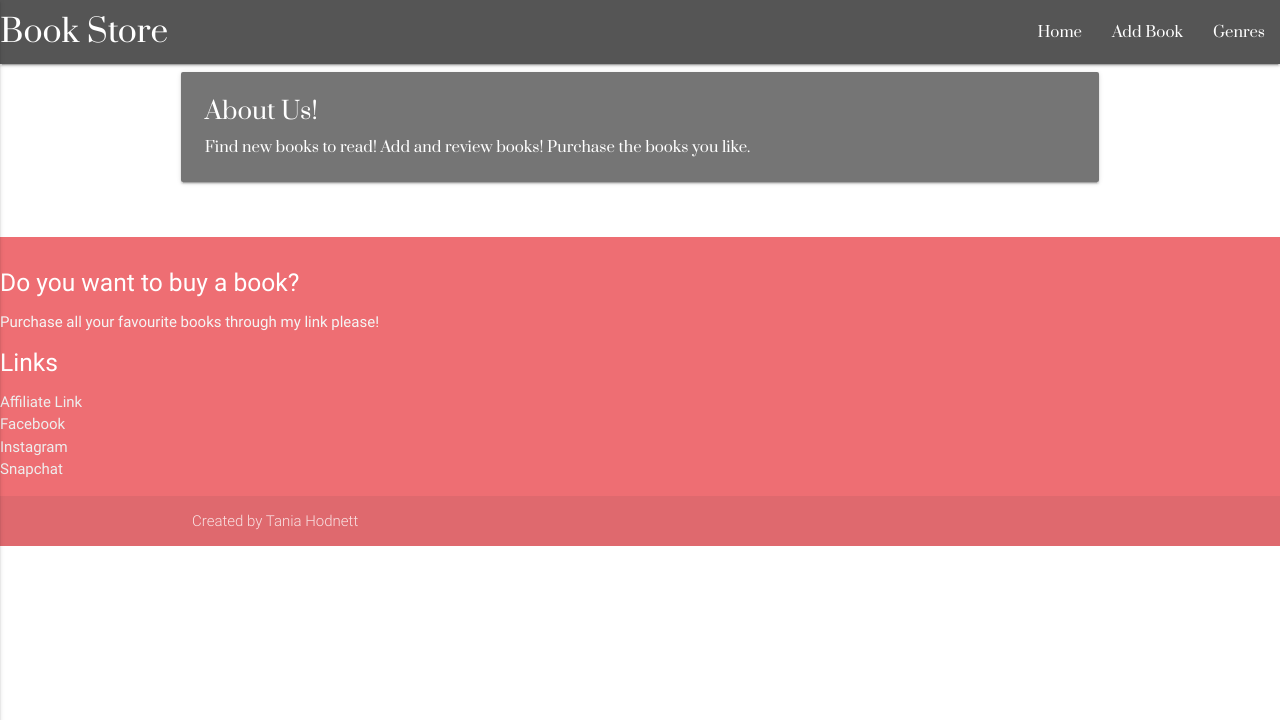
Repository: thodnett/book-store
Page: http://localhost/
The author's editor kept a record of every edit. The page is drawn from the files as they stood at one moment, then again after the next edit.
The browser window is 1280 px wide. The pictures show the whole page.
Some web libraries are served in a nearby version. The page is served by the project's application, run on Flask 3 (app.py). Queries for data that is not in the repository find no rows.

Above is the page before.

### templates/books.html
{% extends 'base.html' %} {% block content %}

<div class="row">
 <div class="card hoverable grey darken-1">
    <div class="card-content white-text">
      <span class="card-title">About Us!</span>
      <p>Find new books to read! Add and review books! Purchase the books you like. </p>
    </div>
</div>
</div>

<div class="row">
  {% for book in books %}
  <div class="card hoverable grey darken-1">
    <div class="card-content white-text">
      <span class="card-title">{{book.book_name}} - {{book.book_author}}</span>
      <p> <strong> {{book.category_name}}</strong> - {{book.book_descrip}} - {{book.book_review}} </p>
    </div>
    <div class="card-action col-sm4">
      <a  href={{book.cover_link}}>Cover Image</a>
      <a  href="{{url_for('edit_book', book_id=book._id)}}">Edit</a>
      <a  href="{{url_for('delete_book', book_id=book._id)}}">Delete</a>
    </div>
  </div>
  {% endfor %}
</div>

{% endblock %}

### templates/base.html
<!DOCTYPE html>
<html lang="en">

<head>

   <link href="https://fonts.googleapis.com/icon?family=Material+Icons" rel="stylesheet">
   <link rel="stylesheet" href="https://cdnjs.cloudflare.com/ajax/libs/materialize/0.100.2/css/materialize.min.css">
    <link rel="stylesheet" href="{{url_for('static', filename='css/style.css')}}" type="text/css"/>
</head>
<body>
    <header>
        <nav class="nav">
            <div class="nav-wrapper">
                <a href="{{url_for('get_books')}}" class="brand-logo">Book Store</a>
                <a href="#" data-activates="mobile-demo" class="button-collapse"><i class="material-icons">menu</i></a>
                <ul id="nav-mobile" class="right hide-on-med-and-down">
                    <li><a href="{{url_for('get_books')}}">Home</a></li>
                    <li><a href="{{url_for('add_book')}}">Add Book</a></li>
                    <li><a href="{{url_for('get_categories')}}">Genres</a></li>
                </ul>
                <ul class="side-nav" id="mobile-demo">
                    <li><a href="{{url_for('get_books')}}">Home</a></li>
                    <li><a href="{{url_for('add_book')}}">Add Book</a></li>
                    <li><a href="{{url_for('get_categories')}}">Genres</a></li>
                </ul>
            </div>
        </nav>
    </header>
    <div class="container">
    {% block content %}
    {% endblock %}
    </div>


<script src="https://cdnjs.cloudflare.com/ajax/libs/jquery/3.2.1/jquery.min.js"></script>
<script src="https://cdnjs.cloudflare.com/ajax/libs/materialize/0.100.2/js/materialize.min.js"></script>
<script type="text/javascript">
$(document).ready(function() {
      $('select').material_select();
      $(".button-collapse").sideNav();
        });

</script>

<footer class="page-footer">
          <div class="container-foot">
            <div class="row-foot">
              <div class="col l6 s12">
                <h5 class="white-text">Do you want to buy a book?</h5>
                <p class="grey-text text-lighten-4">Purchase all your favourite books through my link please!</p>
              </div>
              <div class="col l4 offset-l2 s12">
                <h5 class="white-text">Links</h5>
                <ul>
                  <li><a class="grey-text text-lighten-3" href="#!">Affiliate Link</a></li>
                  <li><a class="grey-text text-lighten-3" href="#!">Facebook</a></li>
                  <li><a class="grey-text text-lighten-3" href="#!">Instagram</a></li>
                  <li><a class="grey-text text-lighten-3" href="#!">Snapchat</a></li>
                </ul>
              </div>
            </div>
          </div>
          <div class="footer-copyright">
            <div class="container">
            Created by Tania Hodnett
            </div>
          </div>
        </footer>
</body>
</html>

### app.py
import os
from flask import Flask,  render_template, redirect, request, url_for
from flask_pymongo import PyMongo
from bson.objectid import ObjectId


app = Flask(__name__)

app.config["MONGO_DBNAME"] = 'book_store'
app.config["MONGO_URI"] = 'mongodb+srv://thodnett:Pass1234@myfirstcluster-2pyxt.mongodb.net/book_store?retryWrites=true&w=majority'

mongo = PyMongo(app)



@app.route('/')
@app.route('/get_books')
def get_books():
    return render_template("books.html", books=mongo.db.books.find())

@app.route('/add_book')
def add_book():
    return render_template("addbook.html",  categories=mongo.db.categories.find())

@app.route('/insert_book', methods=['POST'])
def insert_book():
    books = mongo.db.books
    books.insert_one(request.form.to_dict())
    return redirect(url_for('get_books'))

@app.route('/edit_book/<book_id>')
def edit_book(book_id):
    the_book =  mongo.db.books.find_one({"_id": ObjectId(book_id)})
    all_categories =  mongo.db.categories.find()
    return render_template('editbook.html', book=the_book, categories=all_categories)

@app.route('/update_book/<book_id>', methods=['POST'])
def update_book(book_id):
    books = mongo.db.books
    books.update( {'_id': ObjectId(book_id)},
    {
        'book_name':request.form.get('book_name'),
        'category_name':request.form.get('category_name'),
        'book_author':request.form.get('book_author'),
        'book_descrip':request.form.get('book_descrip'),
        'book_review':request.form.get('book_review'),
        'cover_link':request.form.get('cover_link'),
        'purch_link':request.form.get('purch_link')
    })
    return redirect(url_for('get_books'))

@app.route('/delete_book/<book_id>')
def delete_book(book_id):
    mongo.db.books.remove({'_id': ObjectId(book_id)})
    return redirect(url_for('get_books'))

@app.route('/get_categories')
def get_categories():
    return render_template('categories.html',
    categories=mongo.db.categories.find())

@app.route('/edit_category/<category_id>')
def edit_category(category_id):
    return render_template('editcategory.html',
    category=mongo.db.categories.find_one({'_id': ObjectId(category_id)}))

@app.route('/update_category/<category_id>', methods=['POST'])
def update_category(category_id):
    mongo.db.categories.update(
        {'_id': ObjectId(category_id)},
        {'type': request.form.get('type')})
    return redirect(url_for('get_categories'))

@app.route('/delete_category/<category_id>')
def delete_category(category_id):
    mongo.db.categories.remove({'_id': ObjectId(category_id)})
    return redirect(url_for('get_categories'))

@app.route('/insert_category', methods=['POST'])
def insert_category():
    categories = mongo.db.categories
    category_doc ={'type': request.form.get('type')}
    categories.insert_one(category_doc)
    return redirect(url_for('get_categories'))


@app.route('/add_category')
def add_category():
    return render_template('addcategory.html')

@app.route('/find_book/<type>')
def find_book(type):
     books=mongo.db.books.find({'category_name': type})
     return render_template('findbook.html', books=books)


if __name__ == '__main__':
    app.run(host=os.environ.get('IP'),
            port=int(os.environ.get('PORT')),
            debug=True)

### static/css/style.css
@import url('https://fonts.googleapis.com/css?family=Prata&display=swap');


/*----style navbar ----*/

.nav-wrapper {
    background-color: #555555;
    font-family: 'Prata', sans-serif;

}

/*--------card--------*/

.card-content, .card-action a {
    font-family: 'Prata', sans-serif;
}

/*-------headings-----*/

.headings {
    font-family: 'Prata', sans-serif;
}

/*-----form------*/

.form {
    font-family: 'Prata', sans-serif;
}

.form a {
    color: white;
    background-color: orange;
}

/*-----footer------*/

#page-footer {
     background-color: #555555;
     font-family: 'Prata', sans-serif;

}

After the next edit:
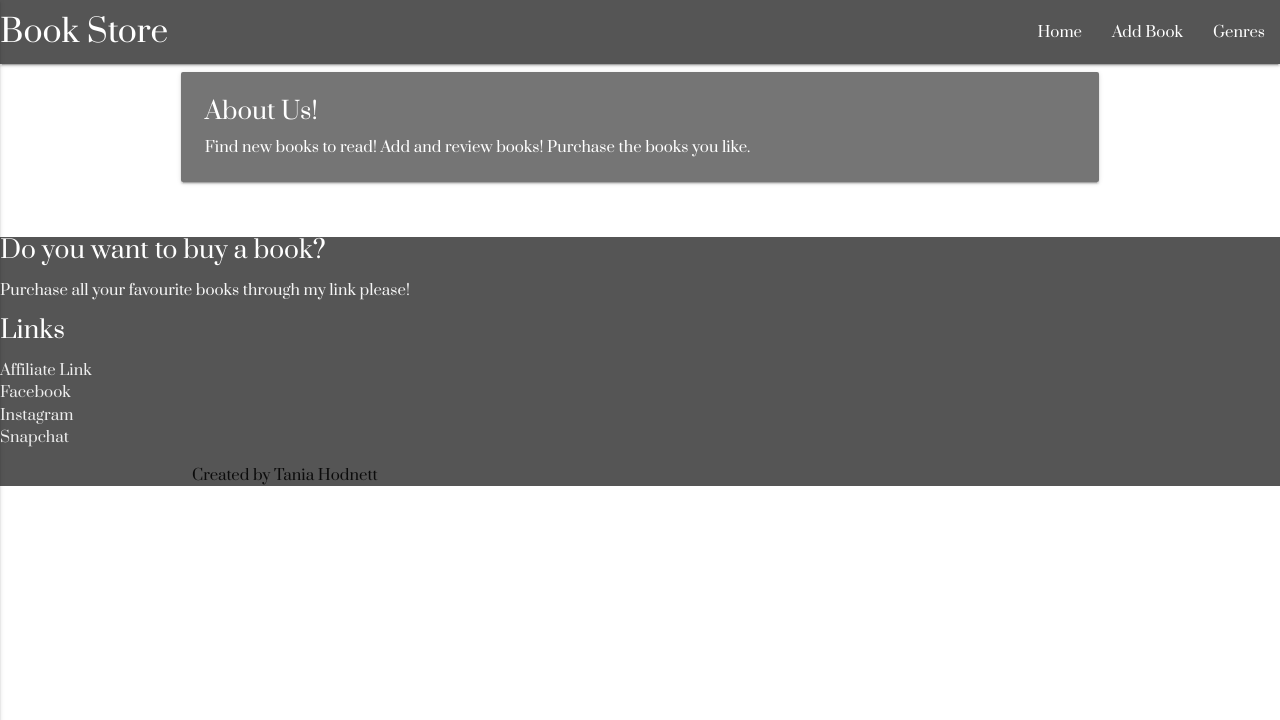
The edit:
--- a/templates/base.html
+++ b/templates/base.html
@@ -42,7 +42,7 @@
 
 </script>
 
-<footer class="page-footer">
+<footer id="page-footer">
           <div class="container-foot">
             <div class="row-foot">
               <div class="col l6 s12">
